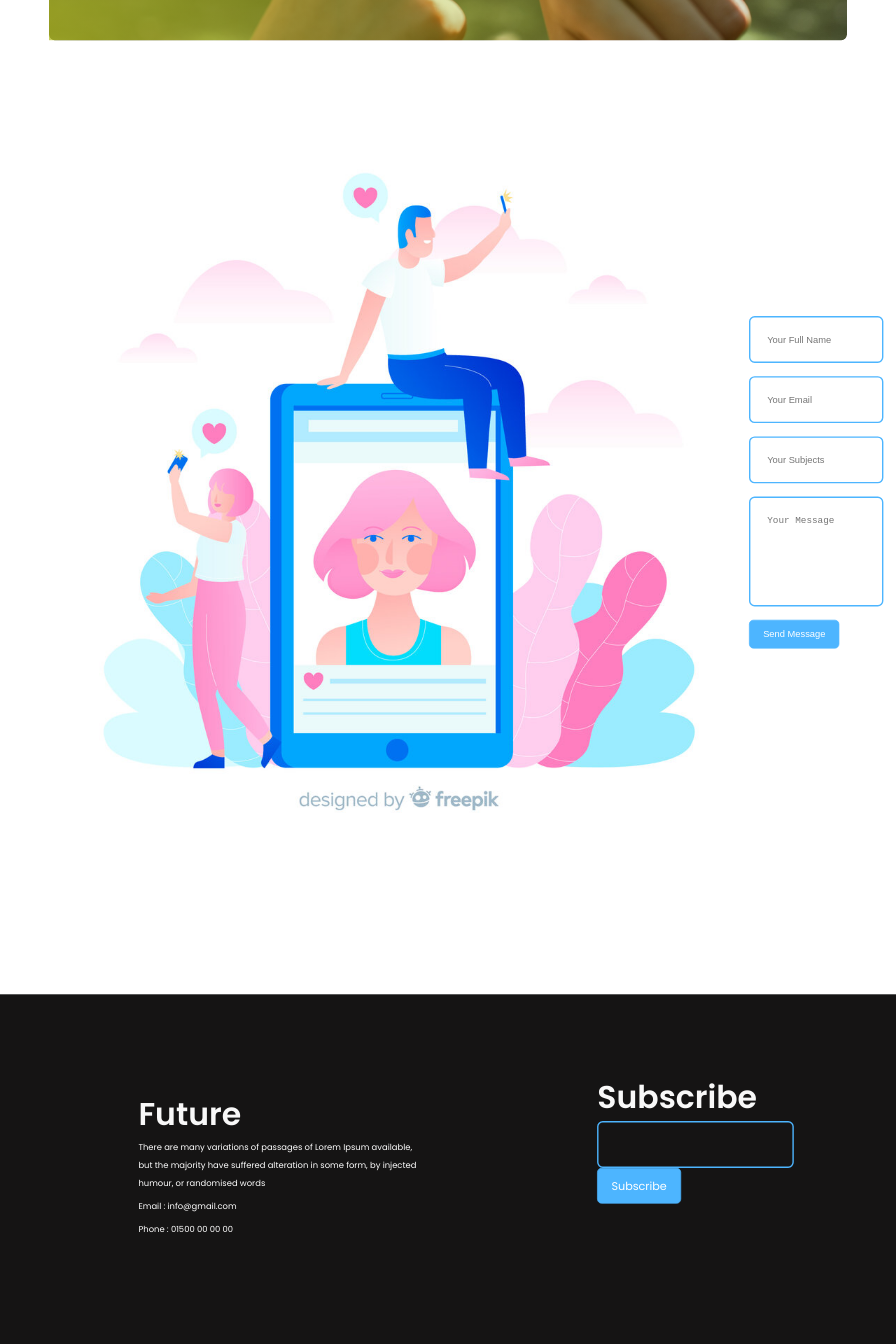
Repository: mdrubel02/new-year-new-mission
Page: index.html
The author's editor kept a copy of each file at every save. The page is drawn from the files as they stood at one save, then again after the next save.
The browser window is 1280 px wide. The pictures show the part of the page from y = 2349 to 4269 px (the page is 4269 px tall before and 3769 px after), at 70% of full size.

Above is the page before, as saved 2023-01-07 02:18:47.

After the next save:
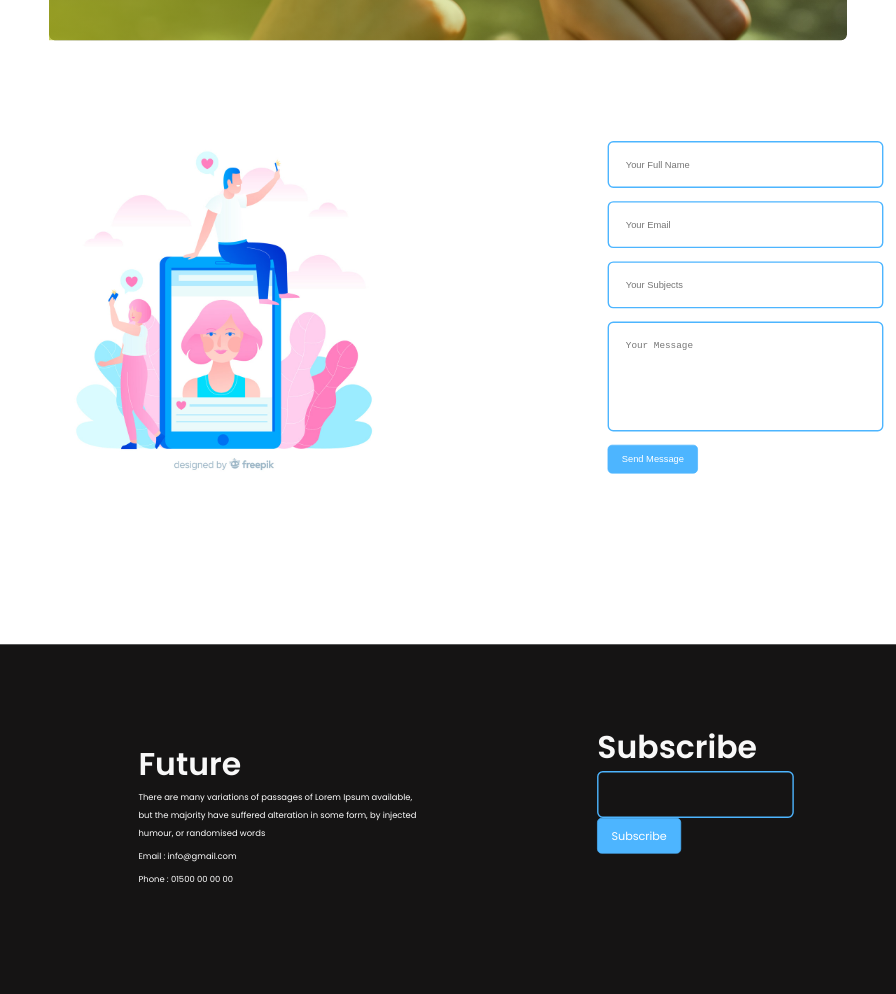
Saved 53 s later.
--- a/index.css
+++ b/index.css
@@ -270,7 +270,11 @@ a:hover {
     align-items: center;
 }
 
-.contact_left {}
+.contact_left{}
+.contact_img{
+    height: 600px;
+    height: 500px;
+}
 
 .contact_right {
     width: 30%;
